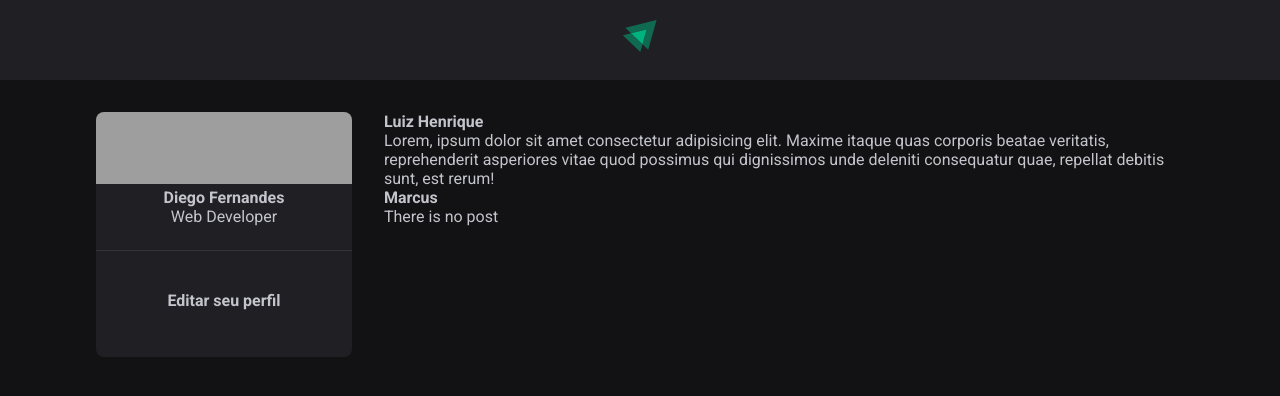
Repository: LuizHMAL/IGNITEFEED
Page: /
These files come from the project's save history. The page is drawn as it stood at one moment and after the next save; the edit follows.
The browser window is 1280 px wide. The pictures show the whole page.
Pictures or frames that could not be fetched are drawn as grey boxes. The project was rebuilt for these pictures with package versions that can differ from the ones it lists, and the page was loaded fresh each time. Also part of the build but not shown: vite.config.js.

Above is the page before, as saved 2023-10-04 16:09:15.

### index.html
<!doctype html>
<html lang="en">
  <head>
    <meta charset="UTF-8" />

    <link rel="preconnect" href="https://fonts.googleapis.com" />
    <link rel="preconnect" href="https://fonts.gstatic.com" crossorigin />

    <link rel="icon" type="image/svg+xml" href="/src/favicon.svg" />
    <meta name="viewport" content="width=device-width, initial-scale=1.0" />

    <link href="https://fonts.googleapis.com/css2?family=Roboto:wght@400;700&display=swap" rel="stylesheet" />

    <title>Vite + React</title>
  </head>
  <body>
    <div id="root"></div>
    <script type="module" src="/src/main.jsx"></script>
  </body>
</html>

### src/App.jsx
import { Header } from './components/Header';
import { Post } from './Post'

import styles from './App.module.css';

import './global.css';
import { Sidebar } from './components/Sidebar';

export function App() {
  return (
    <div>
      <Header />

      <div className={styles.wrapper}>
        <Sidebar />
        <main>
          <Post
            author="Luiz Henrique"
            content="Lorem, ipsum dolor sit amet consectetur adipisicing elit. Maxime itaque quas corporis beatae veritatis, reprehenderit asperiores vitae quod possimus qui dignissimos unde deleniti consequatur quae, repellat debitis sunt, est rerum!"
          />
          <Post
            author="Marcus"
            content="There is no post"
          />
        </main>
      </div>
    </div>
  )
}

### src/components/Header.jsx
import styles from './Header.module.css'
import igniteLogo from '../assets/ignite-logo.svg';
console.log(igniteLogo);
console.log(styles);

export function Header(){
    return(
        <header className={styles.header}>
            <img src= {igniteLogo} alt='Logotipo do Ignite' />
        </header>

    )
}

### src/Post.jsx
export function Post(props){
    return <div>
        <strong>{props.author}</strong>
        <p>{props.content}</p>
        </div>
}

### src/App.module.css
.wrapper {
    max-width: 70rem;
    margin: 2rem auto;
    padding: 0 1rem;

    display: grid;
    grid-template-columns: 256px 1fr;
    gap: 2rem;
    align-items: flex-start;
  }

### src/global.css
:root {
    --white: #fff;
    --gray-100: #e1e1e6;
    --gray-300: #c4c4cc;
    --gray-400: #8d8d99;
    --gray-600: #323238;
    --gray-700: #29292e;
    --gray-800: #202024;
    --gray-900: #121214;

    --green-500: #00875f;
  }

  * {
    margin: 0;
    padding: 0;
    box-sizing: border-box;
  }

  body {
    background: var(--gray-900);
    color: var(--gray-300);
    -webkit-font-smoothing: antialiased;
  }

  body, input, textarea, button {
    font-family: "Roboto", sans-serif;
    font-weight: 400;
    font-size: 1rem;
  }

### src/components/Sidebar.jsx
import styles from './Sidebar.module.css';

export function Sidebar() {
  return (
    <aside className={styles.sidebar}>
      <img
        className={styles.cover}
        src="https://images.unsplash.com/photo-1605379399642-870262d3d051?ixlib=rb-1.2.1&ixid=MnwxMjA3fDB8MHxwaG90by1wYWdlfHx8fGVufDB8fHx8&auto=format&fit=crop&w=500&q=50"
      />

      <div className={styles.profile}>
        <strong>Diego Fernandes</strong>
        <span>Web Developer</span>
      </div>

      <footer>
        <a href="#">
          Editar seu perfil
        </a>
      </footer>
    </aside>
  );
}

### src/components/Header.module.css
.header {
    background: #333;
    height: 80px;
    background: var(--gray-800);
    display: flex;
    justify-content: center;
    padding: 1.25rem 0;
  }

  .header img {
    height: 2rem;
  }

### src/components/Sidebar.module.css
.sidebar {
    background: var(--gray-800);
    border-radius: 8px;
    overflow: hidden;
  }

  .cover {
    width: 100%;
    height: 72px;
    object-fit: cover;
  }

  .profile {
    display: flex;
    flex-direction: column;
    align-items: center;
  }

  .sidebar footer {
    border-top: 1px solid var(--gray-600);
    margin-top: 1.5rem;
    padding: 1.5rem 2rem 2rem;
  }

  .sidebar footer a {
    width: 100%;
    background: transparent;
    color: var(--brand-500);
    border: 1px solid var(--brand-500);
    border-radius: 8px;
    height: 50px;
    padding: 0 1.5rem;
    font-weight: bold;
    display: block;

    text-decoration: none;

    display: flex;
    align-items: center;
    justify-content: center;
  }

Loaded but not shown: src/main.jsx (common file)

After the next save:
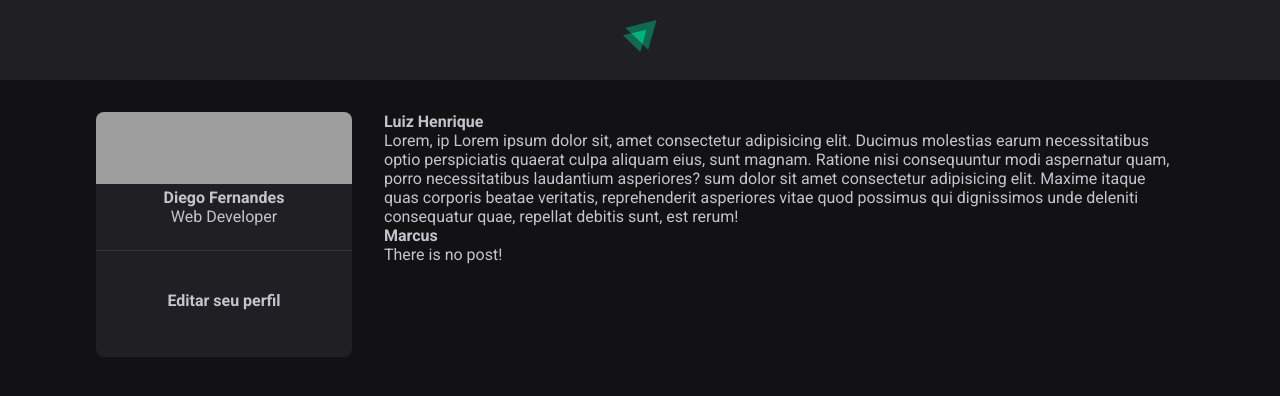
Saved 14 s later.
--- a/src/App.jsx
+++ b/src/App.jsx
@@ -16,11 +16,12 @@ export function App() {
         <main>
           <Post
             author="Luiz Henrique"
-            content="Lorem, ipsum dolor sit amet consectetur adipisicing elit. Maxime itaque quas corporis beatae veritatis, reprehenderit asperiores vitae quod possimus qui dignissimos unde deleniti consequatur quae, repellat debitis sunt, est rerum!"
+            content="Lorem, ip    Lorem ipsum dolor sit, amet consectetur adipisicing elit. Ducimus molestias earum necessitatibus optio perspiciatis quaerat culpa aliquam eius, sunt magnam. Ratione nisi consequuntur modi aspernatur quam, porro necessitatibus laudantium asperiores?
+            sum dolor sit amet consectetur adipisicing elit. Maxime itaque quas corporis beatae veritatis, reprehenderit asperiores vitae quod possimus qui dignissimos unde deleniti consequatur quae, repellat debitis sunt, est rerum!"
           />
           <Post
             author="Marcus"
-            content="There is no post"
+            content="There is no post!"
           />
         </main>
       </div>
